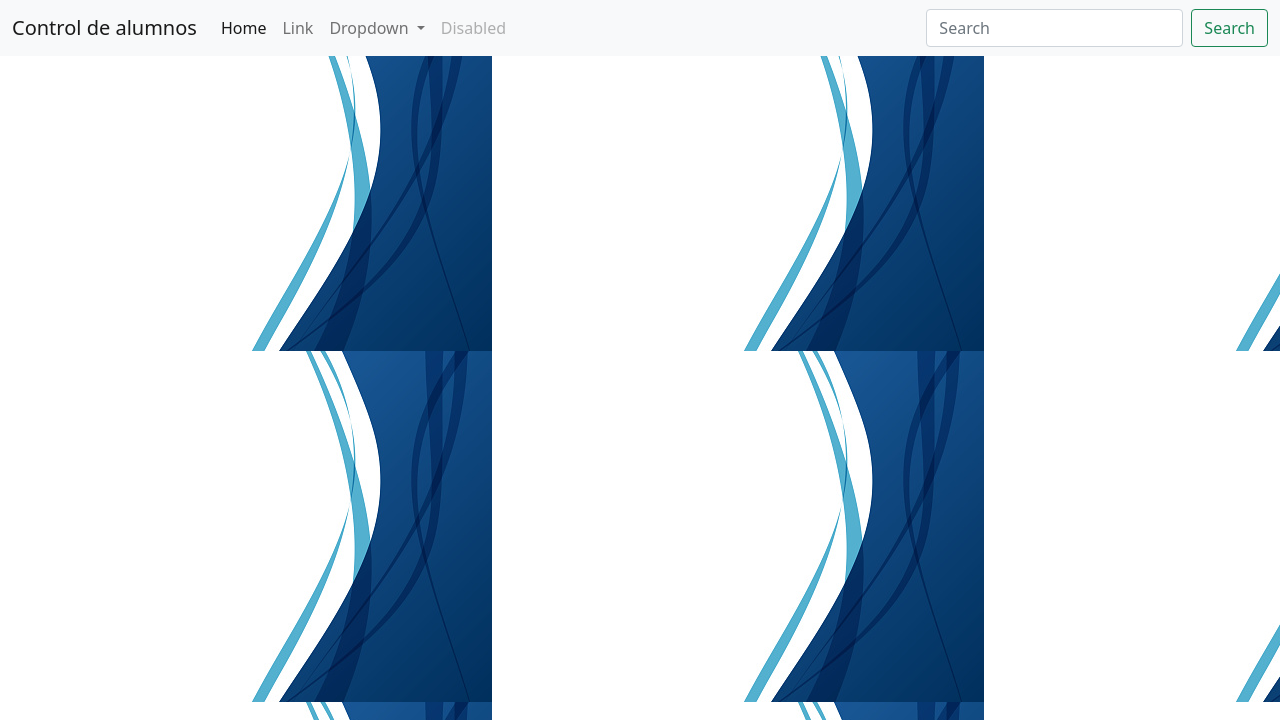
Repository: j0sh-404/control-clases-alumnos
Page: vista/principal/principal.html
The author's editor kept a copy of each file at every save. The page is drawn from the files as they stood at one save, then again after the next save.
The browser window is 1280 px wide. The pictures show the whole page.

Above is the page before, as saved 2022-07-09 20:03:43.

### vista/principal/principal.html
<!DOCTYPE html>
<html lang="es">
<head>
    <title>Principal</title>
    <meta charset="UTF-8">
    <meta name="title">
    <link rel="stylesheet" href="./principal.css">
    <link href="https://cdn.jsdelivr.net/npm/bootstrap@5.0.2/dist/css/bootstrap.min.css" rel="stylesheet" integrity="sha384-EVSTQN3/azprG1Anm3QDgpJLIm9Nao0Yz1ztcQTwFspd3yD65VohhpuuCOmLASjC" crossorigin="anonymous">
</head>
<body class="fondo">
    <nav class="navbar navbar-expand-lg navbar-light bg-light">
        <div class="container-fluid">
          <a class="navbar-brand" href="#">Control de alumnos</a>
          <button class="navbar-toggler" type="button" data-bs-toggle="collapse" data-bs-target="#navbarSupportedContent" aria-controls="navbarSupportedContent" aria-expanded="false" aria-label="Toggle navigation">
            <span class="navbar-toggler-icon"></span>
          </button>
          <div class="collapse navbar-collapse" id="navbarSupportedContent">
            <ul class="navbar-nav me-auto mb-2 mb-lg-0">
              <li class="nav-item">
                <a class="nav-link active" aria-current="page" href="#">Home</a>
              </li>
              <li class="nav-item">
                <a class="nav-link" href="#">Link</a>
              </li>
              <li class="nav-item dropdown">
                <a class="nav-link dropdown-toggle" href="#" id="navbarDropdown" role="button" data-bs-toggle="dropdown" aria-expanded="false">
                  Dropdown
                </a>
                <ul class="dropdown-menu" aria-labelledby="navbarDropdown">
                  <li><a class="dropdown-item" href="#">Action</a></li>
                  <li><a class="dropdown-item" href="#">Another action</a></li>
                  <li><hr class="dropdown-divider"></li>
                  <li><a class="dropdown-item" href="#">Something else here</a></li>
                </ul>
              </li>
              <li class="nav-item">
                <a class="nav-link disabled" href="#" tabindex="-1" aria-disabled="true">Disabled</a>
              </li>
            </ul>
            <form class="d-flex">
              <input class="form-control me-2" type="search" placeholder="Search" aria-label="Search">
              <button class="btn btn-outline-success" type="submit">Search</button>
            </form>
          </div>
        </div>
      </nav>
      <script src="https://code.jquery.com/jquery-3.6.0.js" integrity="sha256-H+K7U5CnXl1h5ywQfKtSj8PCmoN9aaq30gDh27Xc0jk=" crossorigin="anonymous"></script>
<script src="https://cdn.jsdelivr.net/npm/bootstrap@5.0.2/dist/js/bootstrap.bundle.min.js" integrity="sha384-MrcW6ZMFYlzcLA8Nl+NtUVF0sA7MsXsP1UyJoMp4YLEuNSfAP+JcXn/tWtIaxVXM" crossorigin="anonymous"></script>
</body>
</html>

### vista/principal/principal.css
.fondo{
    background-image: url("../recursos/fondo.jpg");
    min-height: 100%;
        min-width: 800px;

        /* Escalamiento proporcional */
        width: 100%;
        height: auto;

        /* Posicionamiento */
        position: fixed;
        top: 0;
}

After the next save:
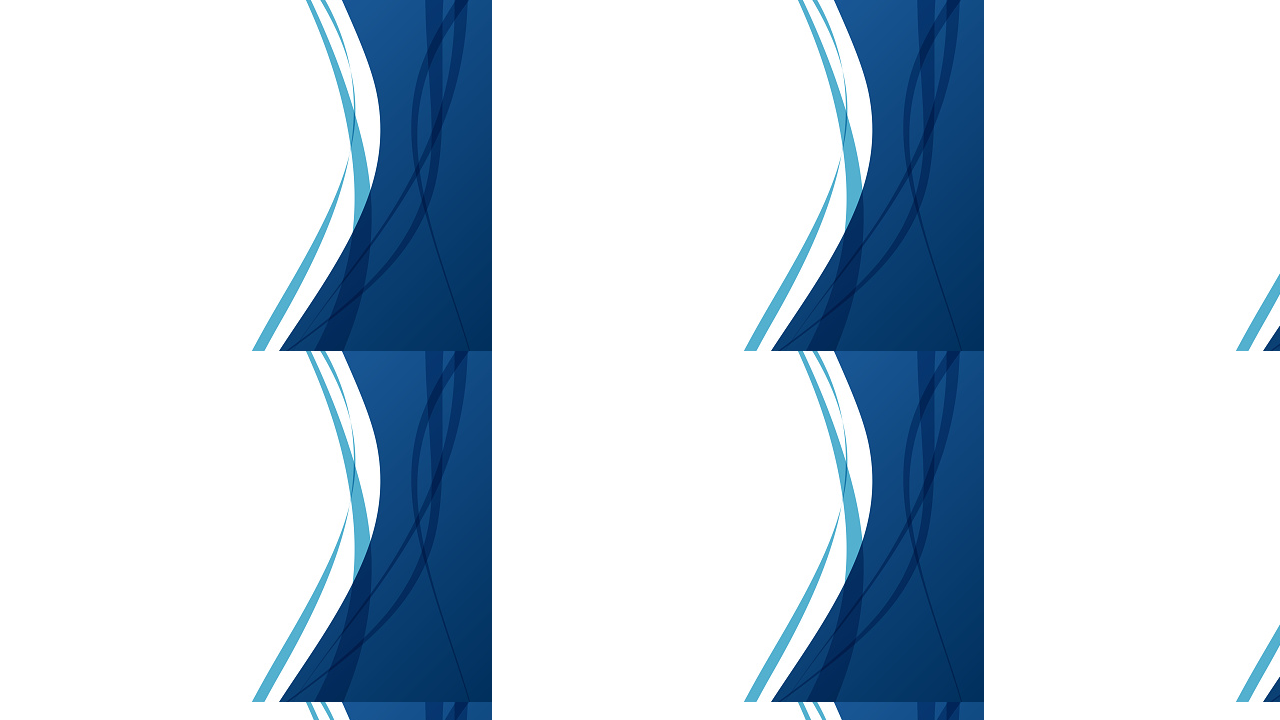
Saved 115 s later.
--- a/vista/principal/principal.html
+++ b/vista/principal/principal.html
@@ -7,7 +7,7 @@
     <link rel="stylesheet" href="./principal.css">
     <link href="https://cdn.jsdelivr.net/npm/bootstrap@5.0.2/dist/css/bootstrap.min.css" rel="stylesheet" integrity="sha384-EVSTQN3/azprG1Anm3QDgpJLIm9Nao0Yz1ztcQTwFspd3yD65VohhpuuCOmLASjC" crossorigin="anonymous">
 </head>
-<body class="fondo">
+<body>
     <nav class="navbar navbar-expand-lg navbar-light bg-light">
         <div class="container-fluid">
           <a class="navbar-brand" href="#">Control de alumnos</a>
@@ -44,7 +44,10 @@
           </div>
         </div>
       </nav>
+      <div class="fondo">
+
+      </div>
       <script src="https://code.jquery.com/jquery-3.6.0.js" integrity="sha256-H+K7U5CnXl1h5ywQfKtSj8PCmoN9aaq30gDh27Xc0jk=" crossorigin="anonymous"></script>
-<script src="https://cdn.jsdelivr.net/npm/bootstrap@5.0.2/dist/js/bootstrap.bundle.min.js" integrity="sha384-MrcW6ZMFYlzcLA8Nl+NtUVF0sA7MsXsP1UyJoMp4YLEuNSfAP+JcXn/tWtIaxVXM" crossorigin="anonymous"></script>
+     <script src="https://cdn.jsdelivr.net/npm/bootstrap@5.0.2/dist/js/bootstrap.bundle.min.js" integrity="sha384-MrcW6ZMFYlzcLA8Nl+NtUVF0sA7MsXsP1UyJoMp4YLEuNSfAP+JcXn/tWtIaxVXM" crossorigin="anonymous"></script>
 </body>
 </html>
